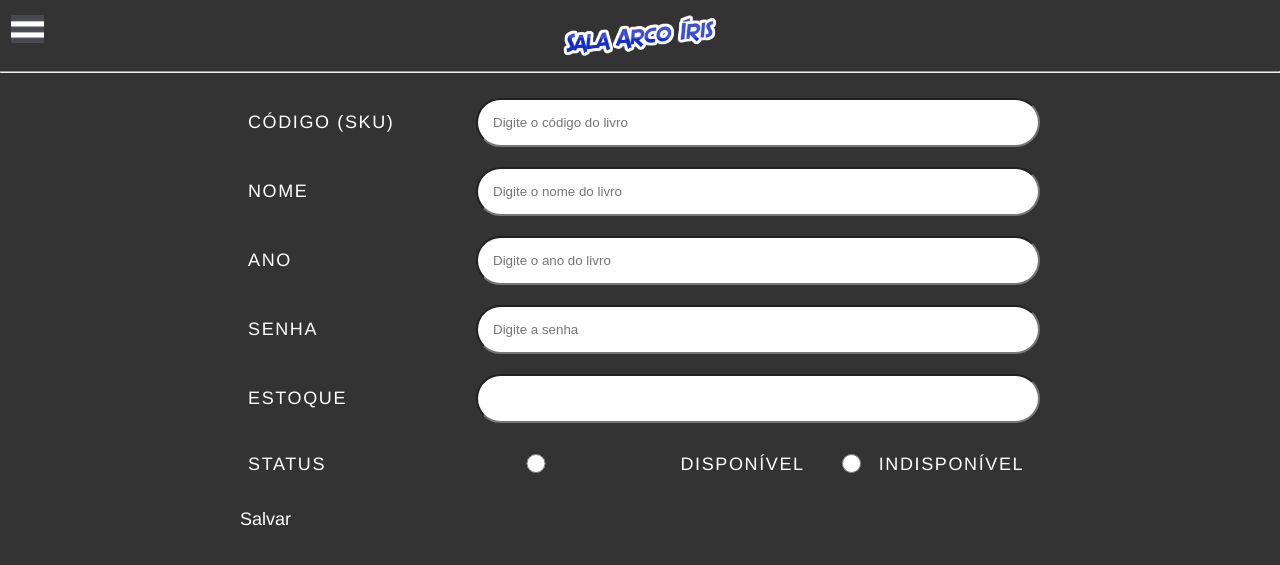
Repository: yuriandreisilva/projeto-individual-senai
Page: SalaArcoIris/WebContent/pages/cadastroLivro.html
The author's editor kept a copy of each file at every save. The page is drawn from the files as they stood at one save, then again after the next save.
The browser window is 1280 px wide. The pictures show the whole page.
The page's requests for data from a server got no answer.

Above is the page before, as saved 2020-12-14 17:33:19.

After the next save:
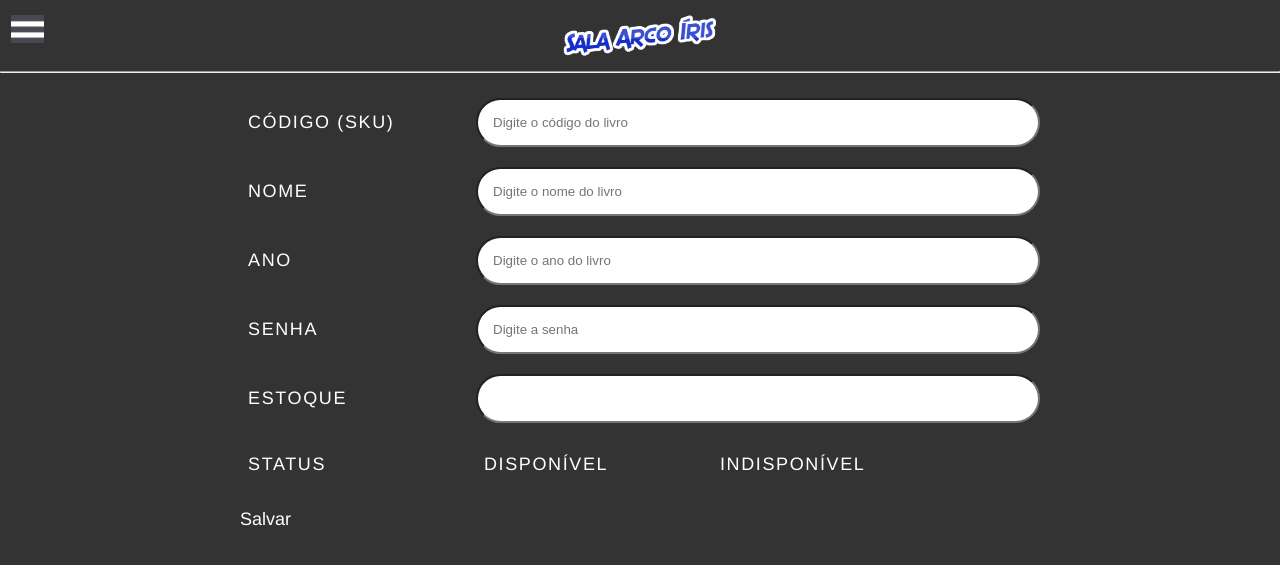
Saved 6 min 5 s later.
--- a/SalaArcoIris/WebContent/css/formularios.css
+++ b/SalaArcoIris/WebContent/css/formularios.css
@@ -125,7 +125,7 @@
 }
 
 input[type="radio"]{
-	display:inline-block;
+	display:none;
 	width:19px;
     height:19px;
     margin:-2px 10px 0 0;

After the save that followed:
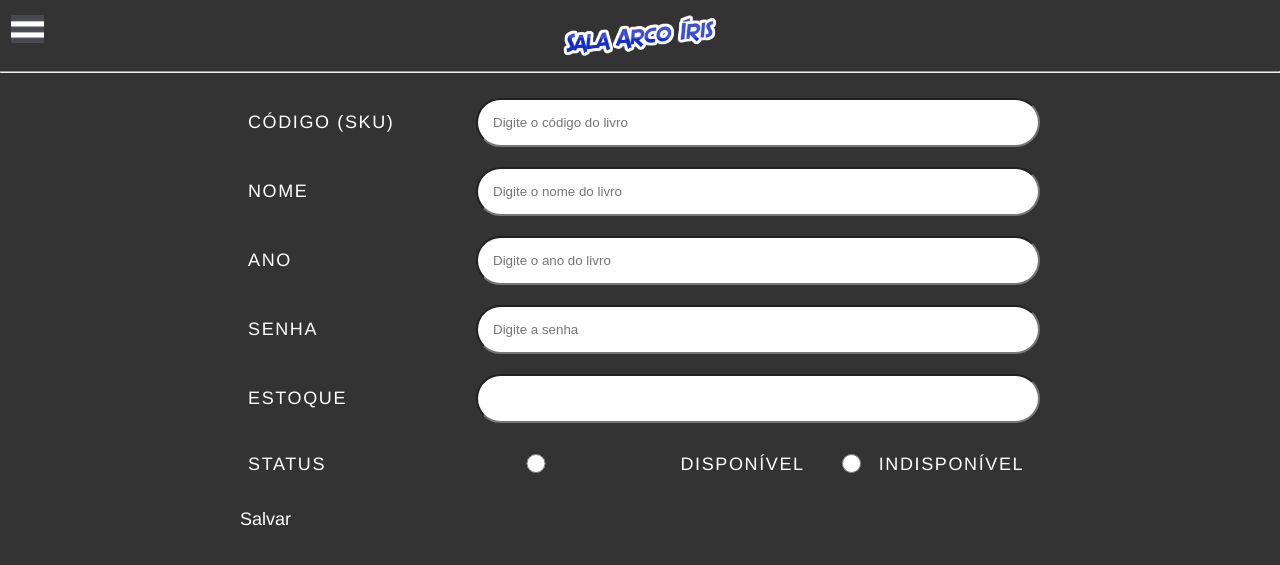
Saved 13 s later.
--- a/SalaArcoIris/WebContent/css/formularios.css
+++ b/SalaArcoIris/WebContent/css/formularios.css
@@ -125,10 +125,10 @@
 }
 
 input[type="radio"]{
-	display:none;
+	display:inline-block;
 	width:19px;
     height:19px;
     margin:-2px 10px 0 0;
     vertical-align:middle;
-    cursor:pointer;
+
 }
